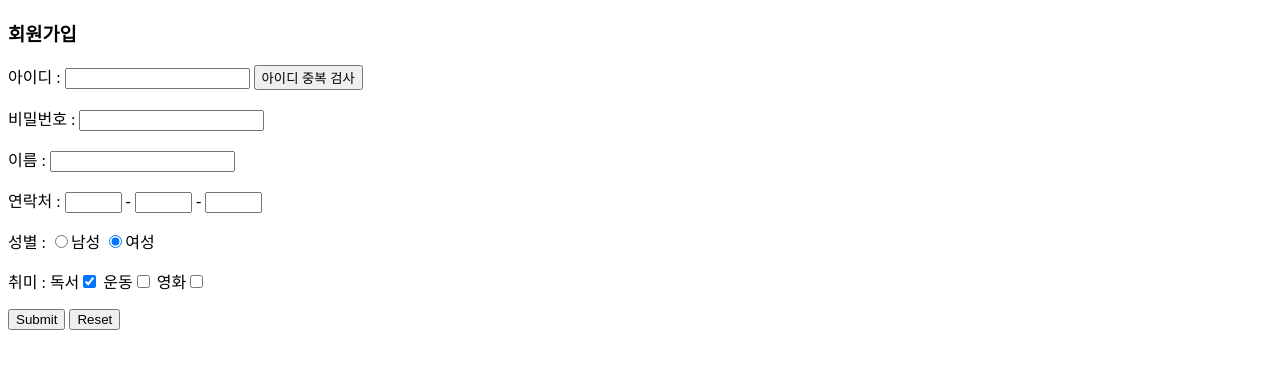
Repository: byeolchorong/ITedunet
Page: http://localhost/JSPBook/chapter06/form02.jsp
An editor plug-in stored every save of this project. The page is shown before and after the next save, followed by the edit.
The browser window is 1280 px wide. The pictures show the whole page.
The page is served by Tomcat 10. Nobody is signed in. The application's start-up code is not run.

Above is the page before, as saved 2025-05-26 05:56:58.

After the next save:
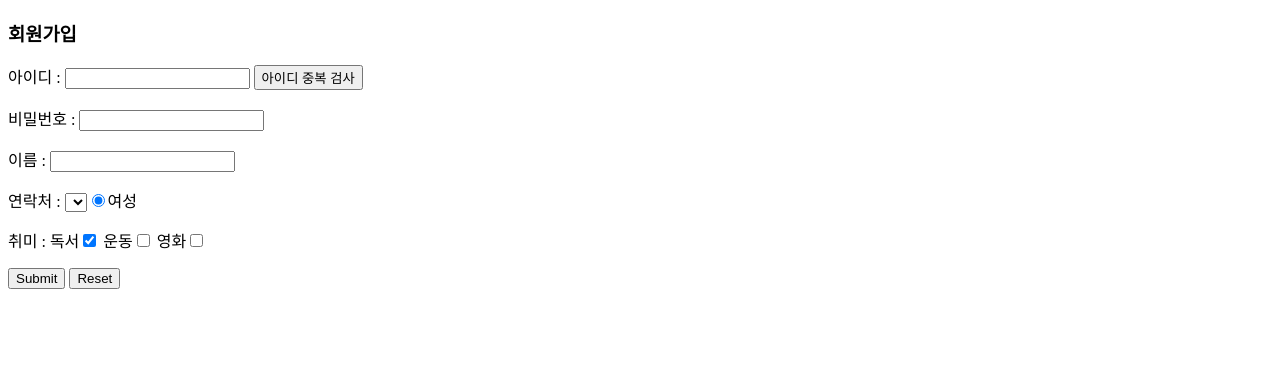
Saved 21 s later.
--- a/JSP/JSPBook/src/main/webapp/chapter06/form02.jsp
+++ b/JSP/JSPBook/src/main/webapp/chapter06/form02.jsp
@@ -12,9 +12,7 @@
 		<p> 아이디 : <input type="text" name="id"> <input type="button" value="아이디 중복 검사">
 		<p> 비밀번호 : <input type="password" name="passwd">
 		<p> 이름 : <input type="text" name="name">
-		<p> 연락처 : <input type="text" maxlength="4" size="4" name="phone1"> -
-				   <input type="text" maxlength="4" size="4" name="phone2"> -
-				   <input type="text" maxlength="4" size="4" name="phone3">
+		<p> 연락처 : <select name="phone1>
 		<p> 성별 : <input type="radio" name="gender" value="남성" >남성
 				  <input type="radio" name="gender" value="여성" checked>여성
 		<p> 취미 : 독서<input type="checkbox" name="hobby1" checked>
